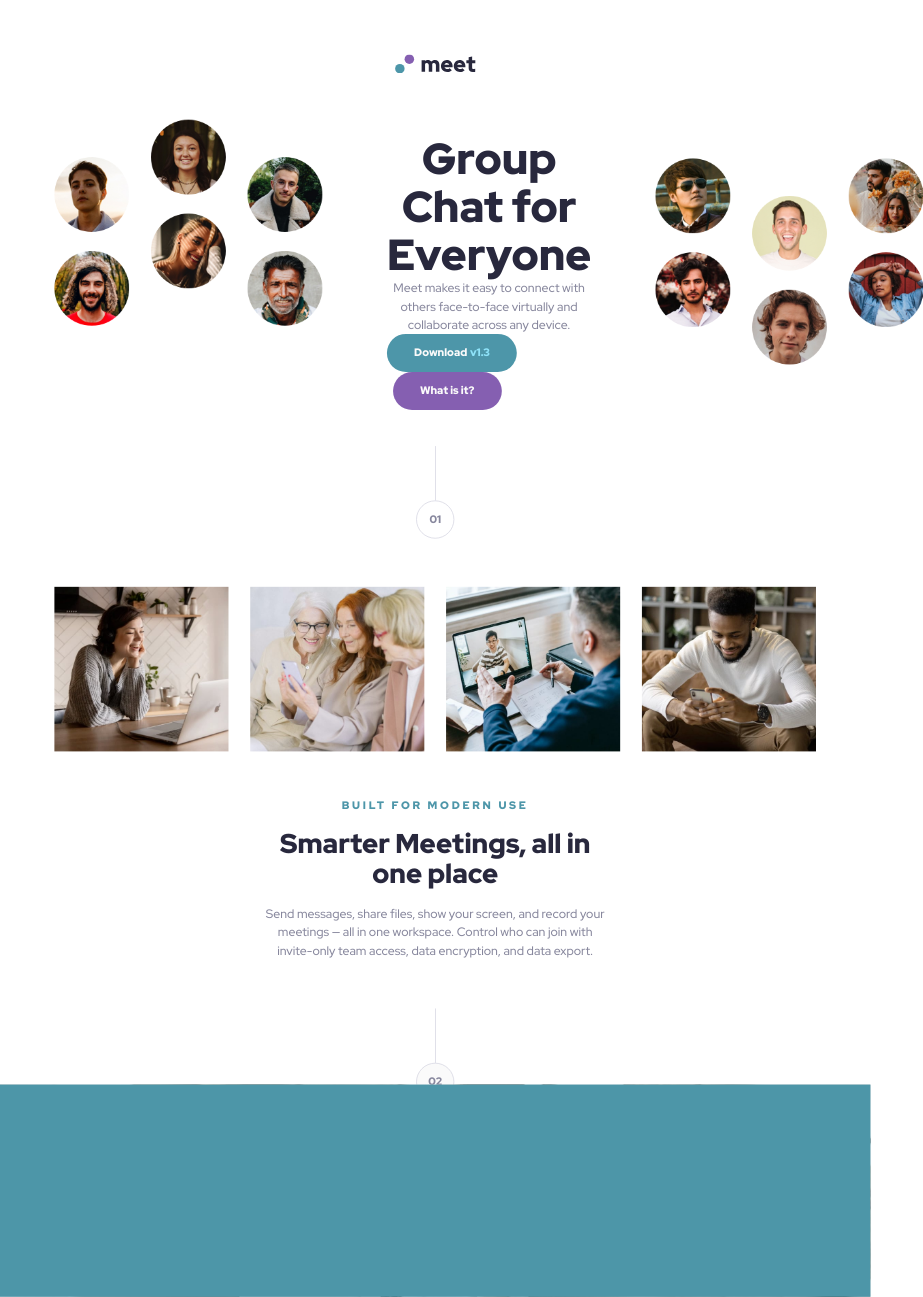
Repository: brandontaylor1/meet-landing-page
Page: index.html
The author's editor kept a copy of each file at every save. The page is drawn from the files as they stood at one save, then again after the next save.
The browser window is 1280 px wide. The page is 1358 px wide, so the pictures cover 1358 px, including what lies to the right of the window. The pictures show the whole page, at 68% of full size.

Above is the page before, as saved 2025-01-11 22:48:42.

### index.html
<!DOCTYPE html>
<html lang="en">
<head>
    <meta charset="UTF-8">
    <meta name="viewport" content="width=device-width, initial-scale=1.0">
    <link rel="preconnect" href="https://fonts.googleapis.com">
    <link rel="preconnect" href="https://fonts.gstatic.com" crossorigin>
    <link href="https://fonts.googleapis.com/css2?family=Red+Hat+Display:ital,wght@0,300..900;1,300..900&display=swap" rel="stylesheet">
    <link rel="stylesheet" href="styles.css">
    <title>Meet Landing Page</title>
</head>
<body>
    <nav class="navbar">
        <div class="logo-container">
            <img src="./assets/images/logo.svg" alt="meet logo">
        </div>
    </nav>
    <section class="hero-section">
        <img src="./assets/images/image-hero-left.png" class="left-faces" alt="Left Faces">
        <div class="hero-content">
            <h1>Group Chat for Everyone</h1>
            <p>Meet makes it easy to connect with others face-to-face virtually and collaborate across any device.</p>
            <div class="btn-container">
                <button class="hero-btn" id="downloadBtn">Download<span>v1.3</span></button>
                <button class="hero-btn" id="whatisitBtn">What is it?</button>
            </div>
        </div>
        <img src="./assets/images/image-hero-right.png" class="right-faces" alt="Right Faces">
    </section>

    <section class="main-content">
        <div class="content">
            <div class="design-container">
                <div class="gray-line"></div>
                <div class="gray-circle">01</div>
            </div>
            <div class="image-container">
                <img src="./assets/images/image-woman-in-videocall.jpg" alt="woman on video call">
                <img src="./assets/images/image-women-videochatting.jpg" alt="women vidoechatting">
                <img src="./assets/images/image-men-in-meeting.jpg" alt="men in a meeting">
                <img src="./assets/images/image-man-texting.jpg" alt="man texting">
            </div>
            <div class="text-container">
                <h3>Built for Modern Use</h3>
                <h2>Smarter Meetings, all in one place</h2>
                <p>Send messages, share files, show your screen, and record your meetings — all in one workspace. Control who can join with invite-only team access, data encryption, and data export.</p>
            </div>
        </div>
    </section>
    <div class="design-container">
        <div class="gray-line"></div>
        <div class="gray-circle white">02</div>
    </div>
    <section class="footer">
        <div class="footer-grid">
            <h2>Experience more together</h2>
            <p>Stay connected with reliable HD meetings and unlimited one-on-one and group video sessions.</p>
            <button class="hero-btn" id="whatisitBtn">Download <span class="footer-span">v1.3</span></button>
        </div>
    </section>

</body>
</html>

### styles.css
* {
    margin: 0;
    padding: 0;
    box-sizing: border-box
}

:root {
    --color-white: #FAFAFA;
    --color-slate: #87879D;
    --color-lightslate: #D1D1DF;
    --color-darkslate: #28283D;
    --color-cyan: #4D96A9;
    --color-purple: #855FB1;
    --color-lightcyan: #8FE3F9;
    --color-lightpurple: #D9B8FF;

    font-size: 16px;

}

.white {
    background-color: var(--color-white);
}

.navbar {
    display: flex;
    padding: 80px 80px 0px 80px;
    flex-direction: column;
    justify-content: flex-end;
    align-items: center;
    gap: var(--spacing-100, 8px);
    align-self: stretch;

}

.hero-section {
    display: flex;
    justify-content: space-between;
    align-items: center;
    padding: 4rem 5rem;
    height: 488px;
}

.left-faces {
    padding-right: 95px;
    padding-bottom: 57px;
}

.right-faces {
    padding-left: 95px;
    padding-top: 57px;
}

.hero-content {
    display: flex;
    flex-direction: column;
    align-items: center;
    justify-content: space-between;
    width: 448px;
    height: 314px;

}

.hero-content h1 {
    font-family: "Red Hat Display", sans-serif;
    font-size: 4rem;
    font-weight: 900;
    line-height: 110%;
    color: var(--color-darkslate);
    text-align: center;
}

.hero-content p {
    font-family: "Red Hat Display", sans-serif;
    font-size: 18px;
    font-weight: 500;
    line-height: 150%;
    color: var(--color-slate);
    text-align: center;

}

.hero-btn {
    padding: 16px 40px;
    border-radius: 29px;
    border: none;

}

#downloadBtn {
    background-color: var(--color-cyan);
    color: var(--color-white);
    font-size: 16px;
    font-family: "Red Hat Display", sans-serif;
    font-weight: 900;
    line-height: 150%;
    margin-right: 8.5px;
}

#downloadBtn span {
    margin-left: 4px;
    color: var(--color-lightcyan);

}

#whatisitBtn {
    background-color: var(--color-purple);
    color: var(--color-white);
    font-size: 16px;
    font-family: "Red Hat Display", sans-serif;
    font-weight: 900;
    line-height: 150%;
    margin-left: 8.5px;
}

.main-content {
    display: flex;
    flex-direction: column;
    align-items: center;
    justify-content: center;
    height: 883px;
    padding: 56px 80px 72px 80px;
}

.content {
    display: flex;
    flex-direction: column;
    align-items: center;
    justify-content: space-between;
    height: 755px;
}

.design-container {
    display: flex;
    justify-content: center;
    align-items: center;
    flex-direction: column;

}

.gray-line {
    width: 1px;
    height: 80px;
    background-color:  var(--color-lightslate);
}

.gray-circle {
    width: 56px;
    height: 56px;
    display: flex;
    align-items: center;
    justify-content: center;
    border-radius: 50%;
    border: 1px solid var(--color-lightslate);
    color: var(--color-slate);
    font-size: 16px;
    font-family: "Red Hat Display", sans-serif;
    font-weight: 900;
    line-height: 150%;
}

.image-container {
    display: grid;
    grid-template-columns: repeat(4, 1fr);
    gap: 32px;
}

.image-container img {
    width: 256px;
    height: auto;
}

.text-container {
    width: 500px;
    height: 235px;
    display: flex;
    flex-direction: column;
    align-items: center;
    justify-content: space-between;
}

.text-container h3 {
    font-family: "Red Hat Display", sans-serif;
    font-size: 16px;
    font-weight: 900;
    line-height: 110%;
    text-transform: uppercase;
    letter-spacing: 4px;
    color: var(--color-cyan);
}

.text-container h2 {
    font-family: "Red Hat Display", sans-serif;
    font-size: 40px;
    font-style: normal;
    font-weight: 900;
    line-height: 110%;
    text-align: center;
    color: var(--color-darkslate);
}

.text-container p {
    font-family: "Red Hat Display", sans-serif;
    font-size: 18px;
    font-style: normal;
    font-weight: 500;
    line-height: 150%;
    text-align: center;
    color: var(--color-slate)
}


.footer {
    padding: 7rem 5rem;
    display: flex;
    align-items: center;
    justify-content: center;
    background-image: url("./assets/images/image-footer.jpg");
    background-size: cover;
    background-position: center;
    background-repeat: no-repeat;
    margin-top: -1.5rem;
    position: relative;
    z-index: 0;
}

.footer-grid {
    display: flex;
    align-items: flex-start;
    justify-content: center;
    grid-template-columns: repeat(3, 1fr);
    width: 70rem;
    gap: 32px;

}

.footer-grid h2 {
    font-family: "Red Hat Display", sans-serif;
    font-size: 2.5rem;
    font-weight: 900;
    line-height: 110%;
    color: var(--color-white);
    width: 27rem;
}

.footer-grid p {
    font-family: "Red Hat Display", sans-serif;
    font-size: 1.125rem;
    font-weight: 500;
    line-height: 150%;
    color: var(--color-white);
    width: 22rem;
}

.footer::before {
    content: "";
    position: absolute;
    top: 0;
    left: 0;
    width: 100%;
    height: 100%;
    background-color: hsla(192, 37%, 48%, 1); /* Adjust the color and opacity as needed */
    z-index: 1;
}

.footer-span {
    color: var(--color-lightpurple)
}

After the next save:
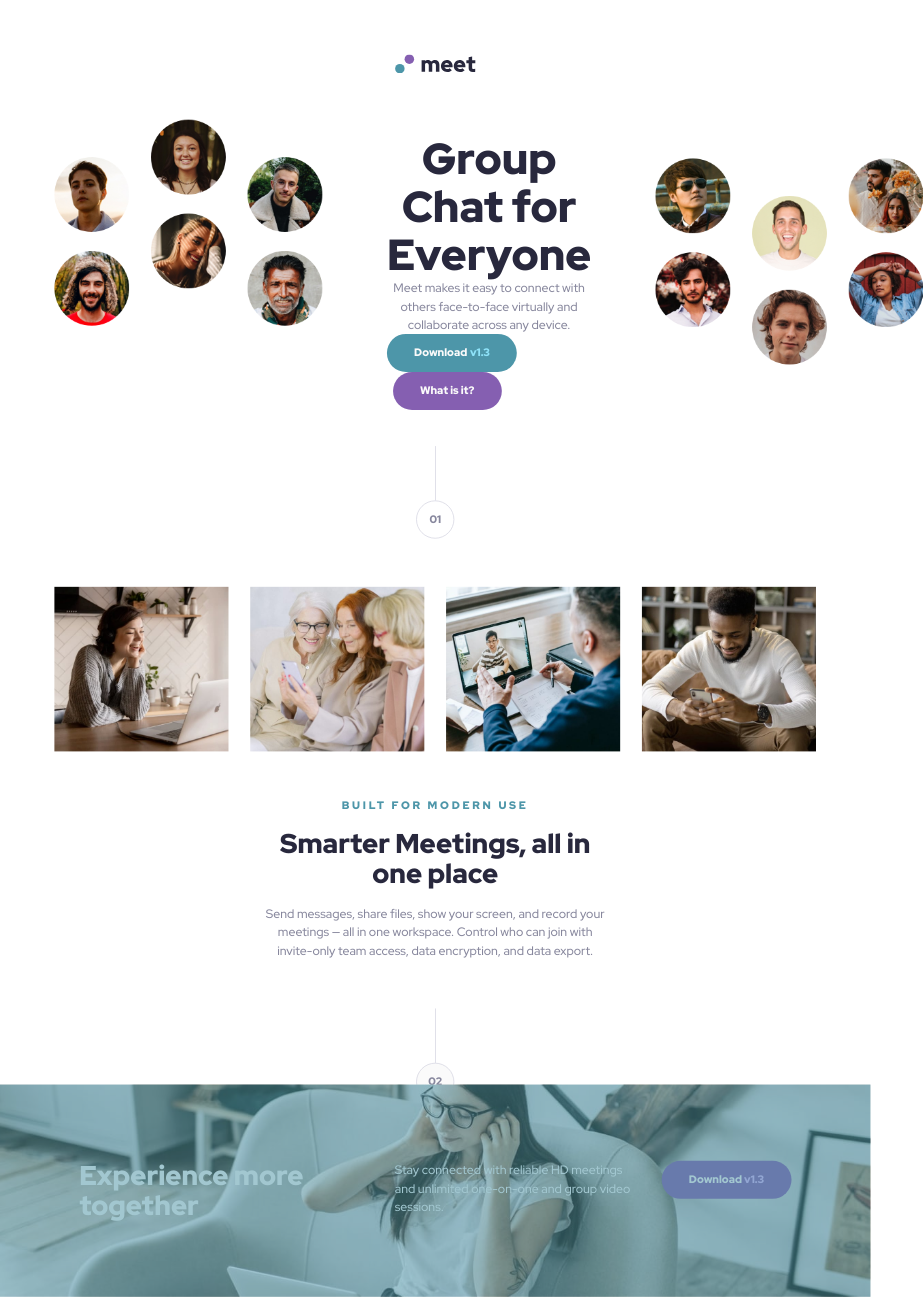
Saved 8 s later.
--- a/styles.css
+++ b/styles.css
@@ -259,7 +259,7 @@
     left: 0;
     width: 100%;
     height: 100%;
-    background-color: hsla(192, 37%, 48%, 1); /* Adjust the color and opacity as needed */
+    background-color: hsla(192, 37%, 48%, 0.5); /* Adjust the color and opacity as needed */
     z-index: 1;
 }
 
